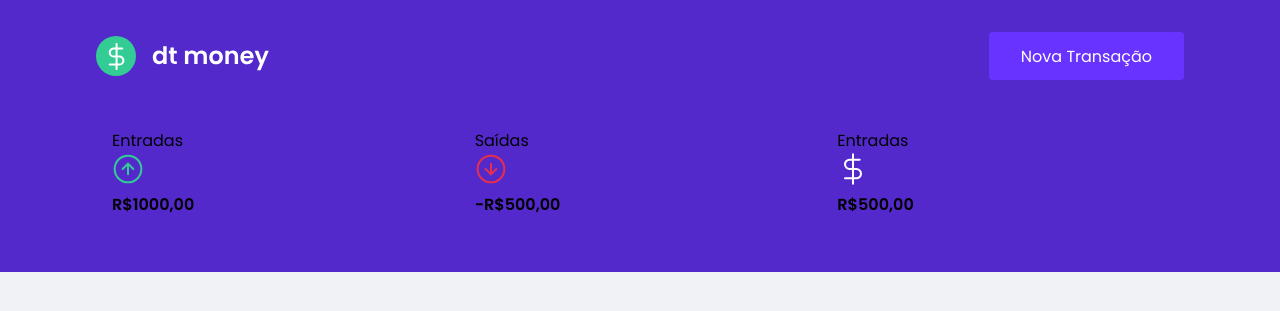
Repository: FreitasGabriel/dtmoney
Page: /
An editor plug-in stored every save of this project. The page is shown before and after the next save, followed by the edit.
The browser window is 1280 px wide. The pictures show the whole page.
The project was rebuilt for these pictures with package versions that can differ from the ones it lists, and the page was loaded fresh each time.

Above is the page before, as saved 2021-03-15 21:10:01.

### public/index.html
<!DOCTYPE html>
<html lang="en">

<head>
    <link rel="preconnect" href="https://fonts.gstatic.com">
    <meta charset="UTF-8">
    <meta name="viewport" content="width=device-width, initial-scale=1.0">
    <link rel="shortcut icon" href="favicon.png" type="image/png">
    <link href="https://fonts.googleapis.com/css2?family=Poppins:wght@400;600&display=swap" rel="stylesheet">
    <title>DT Money</title>
</head>

<body>
    <div id="root"></div>
</body>

</html>

### src/App.tsx
import { Dashboard } from "./components/Dashboard";
import { Header } from "./components/Header";
import { GlobalStyle } from "./styles/global"

export default function App() {
  return (
    <>
      <Header />
      <Dashboard />
      <GlobalStyle />
    </>
  );
}

### src/components/Dashboard/index.tsx
import { Summary } from '../Summary'
import { Container } from './styles'

export function Dashboard() {
    return (
        <Container>
            <Summary />
        </Container>
    )
}

### src/components/Header/index.tsx
import logoImg from "../../assets/logo.svg"
import { Container, Content } from "./styles"

export function Header() {
    return (
        <Container>
            <Content>
                <img src={logoImg} alt="dt money" />
                <button type="button">
                    Nova Transação
                </button>
            </Content>
        </Container>
    )
}

### src/styles/global.ts
import { createGlobalStyle } from 'styled-components'

export const GlobalStyle = createGlobalStyle`

    :root {
        --background: #F0F2F5;
        --shape: #FFFFFF;

        --red: #E52E4D;
        --blue: #5429CC;

        --blue-light: #6933FF;
        --text-title: #363F5F;
        --text-body: #969CB3;

    }

    * {
        margin: 0;
        padding: 0;
        box-sizing: border-box;
    }

    //font-size: 16px - padrão(Desktop)
    html {
        @media(max-width: 1080px){
            font-size: 93.75%; // Vai fazer com que o font-size tenha 15px
        }

        @media(max-width: 720px){
            font-size: 87.5%; // Vai fazer com que o font-size tenha 14px
        }
    }

    // REM = 1rem = font-size padrão da página.

    body {
        background: var(--background);
        -webkit-font-smoothing: antialiased;
    }

    body, input, textarea, button {
        font-family: 'Poppins', sans-serif;
        font-weight: 400;
    }

    h1, h2, h3, h4, h5, h6, strong{
        font-weight: 600;
    }

    button {
        cursor: pointer;
    }

    [disabled] {
        opacity: 0.6;
        cursor: not-allowed;
    }


`

### src/components/Summary/index.tsx
import incomeImg from '../../assets/income.svg'
import outcomeImg from '../../assets/outcome.svg'
import totalImg from '../../assets/total.svg'

import { Container } from './styles'

export function Summary() {
    return (
        <Container>
            <div>
                <header>
                    <p>Entradas</p>
                    <img src={incomeImg} alt="Entradas" />
                </header>
                <strong>R$1000,00</strong>
            </div>
            <div>
                <header>
                    <p>Saídas</p>
                    <img src={outcomeImg} alt="Saídas" />
                </header>
                <strong>-R$500,00</strong>
            </div>
            <div>
                <header>
                    <p>Entradas</p>
                    <img src={totalImg} alt="Total" />
                </header>
                <strong>R$500,00</strong>
            </div>
        </Container>
    )
}

### src/components/Dashboard/styles.ts
import styled from 'styled-components'

export const Container = styled.main`
    max-width: 1120px;
    margin: 0 auto;
    padding: 1rem 2rem;
`

### src/components/Header/styles.ts
import styled from 'styled-components'

export const Container = styled.header`
    background: var(--blue);
`

export const Content = styled.div`
    max-width: 1120px;
    margin: 0 auto;

    padding: 2rem 1rem 12rem;
    display: flex;
    align-items: center;
    justify-content: space-between;

    button{
        font-size: 1rem;
        color: var(--shape);
        background: var(--blue-light);
        border: 0;
        padding: 0 2rem;
        border-radius: 0.25rem;
        height: 3rem;

        transition: filter 0.2s;

        &:hover{
            filter: brightness(0.9);
        }
    }


`

### src/components/Summary/styles.ts
import styled from 'styled-components'

export const Container = styled.div`
    display: grid;
    grid-template-columns: repeat(3, 1fr);
    gap: 2rem;
    margin-top: -10rem;
`

Loaded but not shown: src/index.tsx (common file)

After the next save:
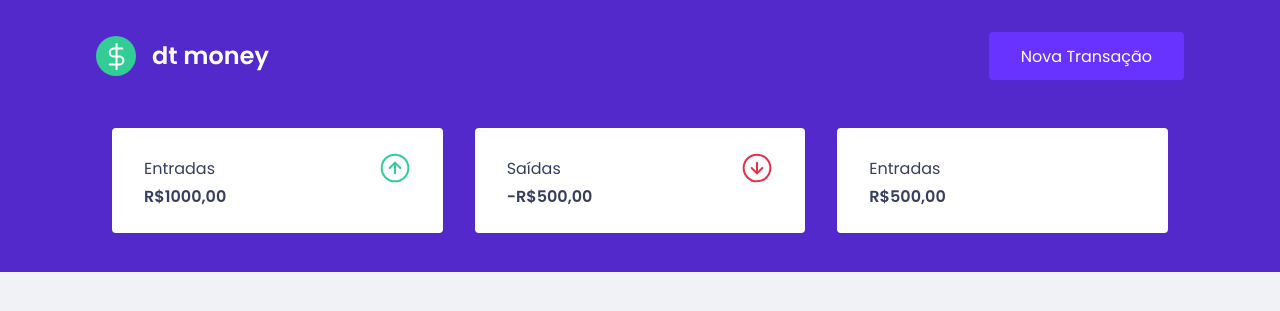
Saved 2 min 2 s later.
--- a/src/components/Summary/styles.ts
+++ b/src/components/Summary/styles.ts
@@ -5,4 +5,17 @@ export const Container = styled.div`
     grid-template-columns: repeat(3, 1fr);
     gap: 2rem;
     margin-top: -10rem;
+
+    div {
+        background: var(--shape);
+        padding: 1.5rem 2rem;
+        border-radius: 0.25rem;
+        color: var(--text-title);
+
+        header {
+            display: flex;
+            align-items: center;
+            justify-content: space-between;
+        }
+    }
 `
